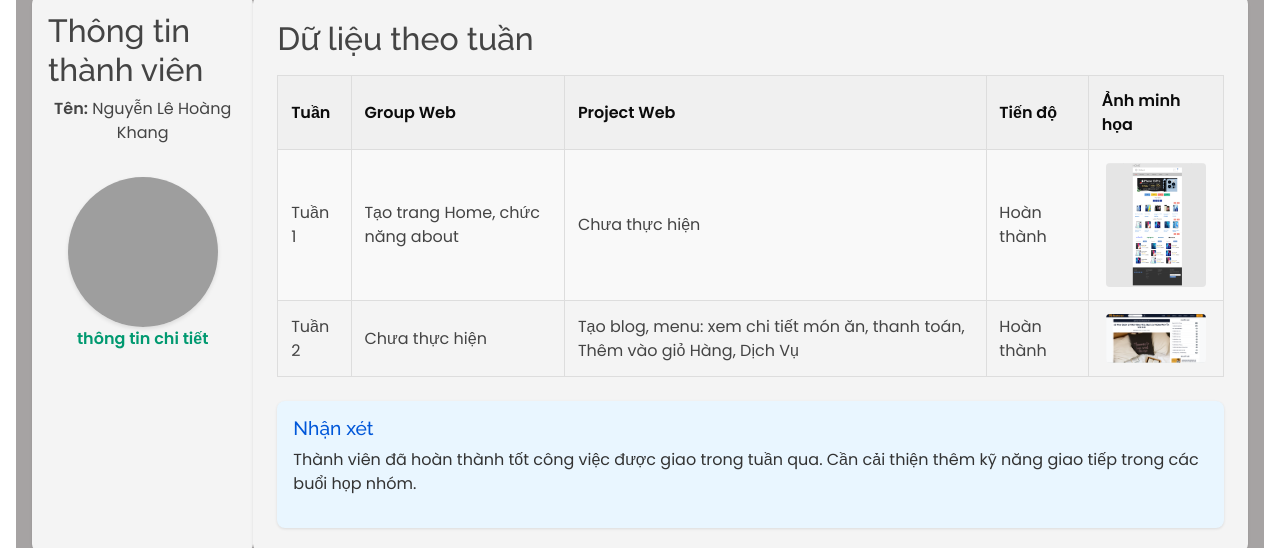
Repository: HoangKhangKhuPho4/Group_Web
Page: results.html
An editor plug-in stored every save of this project. The page is shown before and after the next save, followed by the edit.
The browser window is 1280 px wide. The pictures show the part of the page from y = 1113 to 1661 px (the page is 3095 px tall).
Pictures or frames that could not be fetched are drawn as grey boxes. A picture or video elsewhere on the page could not be fetched, so the positions and the page height are approximate.

Above is the page before, as saved 2025-01-18 19:53:18.

### results.html
<!DOCTYPE html>
<html lang="en">
<head>
    <meta charset="UTF-8">
    <meta name="viewport" content="width=device-width, initial-scale=1.0">
    <title>Thông tin thành viên</title>
    <!-- Favicons -->
    <link href="assets/img/favicon.png" rel="icon" />
    <link href="assets/img/apple-touch-icon.png" rel="apple-touch-icon" />

    <!-- Google Fonts -->
    <link
      href="https://fonts.googleapis.com/css?family=Open+Sans:300,300i,400,400i,600,600i,700,700i|Raleway:300,300i,400,400i,500,500i,600,600i,700,700i|Poppins:300,300i,400,400i,500,500i,600,600i"
      rel="stylesheet"
    />

    <!-- Vendor CSS Files -->
    <link href="assets/vendor/aos/aos.css" rel="stylesheet" />
    <link
      href="assets/vendor/bootstrap/css/bootstrap.min.css"
      rel="stylesheet"
    />
    <link
      href="assets/vendor/bootstrap-icons/bootstrap-icons.css"
      rel="stylesheet"
    />
    <link href="assets/vendor/boxicons/css/boxicons.min.css" rel="stylesheet" />
    <link
      href="assets/vendor/glightbox/css/glightbox.min.css"
      rel="stylesheet"
    />
    <link href="assets/vendor/remixicon/remixicon.css" rel="stylesheet" />
    <link href="assets/vendor/swiper/swiper-bundle.min.css" rel="stylesheet" />

    <!-- Bootstrap Icons -->
    <link
      href="https://cdn.jsdelivr.net/npm/bootstrap-icons@1.10.5/font/bootstrap-icons.css"
      rel="stylesheet"
    />

    <!-- Template Main CSS File -->
    <link href="assets/css/style.css" rel="stylesheet" />
    <link rel="stylesheet" href="css\result.css">
</head>
<body>
    <!-- ======= Header ======= -->
    <header id="header" class="fixed-top d-flex align-items-center">
        <div class="container-header">
            <div class="header-container d-flex align-items-center justify-content-between">
                <div class="logo">
                    <h1 class="text-light">
                        <a href="index.html"><span>Group 15</span></a>
                    </h1>
                </div>

                <nav id="navbar" class="navbar">
                    <ul>
                        <li>
                            <a class="nav-link scrollto " href="index.html">Home</a>
                        </li>
                        <li><a class="nav-link scrollto" href="about.html">About</a></li>
                        <li>
                            <a class="nav-link scrollto" href="groupDiary.html">Group Diary</a>
                        </li>
                        <li>
                            <a class="nav-link scrollto" href="technical.html">Technical</a>
                        </li>
                        <li>
                            <a class="nav-link scrollto" href="styleguide.html">Style Guide</a>
                        </li>
                        <li>
                            <a class="nav-link scrollto active" href="results.html">Results</a>
                        </li>
                        <li>
                            <a class="nav-link scrollto" href="project.html">Project</a>
                        </li>
                        <li>
                            <a class="nav-link scrollto" href="contact.html">Contact</a>
                        </li>
                    </ul>
                    <i class="bi bi-list mobile-nav-toggle"></i>
                </nav>
                <!-- .navbar -->
            </div>
            <!-- End Header Container -->
        </div>
    </header>

    <div class="container-content">
        <div class="main-content">
            <div class="member-info">
                <h2>Thông tin thành viên</h2>
                <div class="member-card">
                    <p><strong>Tên:</strong> Dương Quốc Toàn</p>
                    <img src="assets/img/team/team-1.jpg" alt="Ảnh thành viên" class="member-photo">
                    <p><strong><a href="https://www.facebook.com/share/KgZ8NYxNgyUj9bbq/">thông tin chi tiết</a></strong></p>
                </div>
            </div>
            <div class="weekly-data">
                <h2>Dữ liệu theo tuần</h2>
                <table>
                    <thead>
                        <tr>
                            <th>Tuần</th>
                            <th>Công việc đã làm</th>
                            <th>Tiến độ</th>
                            <th>Ảnh minh họa</th>
                        </tr>
                    </thead>
                    <tbody>
                        <tr>
                            <td>Tuần 1</td>
                            <td>Tạo chức năng Group Diary</td>
                            <td>Hoàn thành</td>
                            <td>
                                <img src="img\project\groupDiary.png" alt="Ảnh tuần 1" class="week-photo">
                            </td>
                        </tr>
                        <tr>
                            <td>Tuần 2</td>
                            <td>Tạo home:giới thiệu món ăn, đầu bếp,các chương trình khuyến mãi</td>
                            <td>Đang thực hiện</td>
                            <td>
                                <img src="assets\img\project\Home_Group11_Figma.jpg" alt="Ảnh tuần 2" class="week-photo">
                            </td>
                        </tr>
                    </tbody>
                </table>
                <div class="feedback">
                    <h3>Nhận xét</h3>
                    <p>Thành viên đã hoàn thành tốt công việc được giao trong tuần qua. Cần cải thiện thêm kỹ năng giao tiếp trong các buổi họp nhóm.</p>
                </div>
            </div>
        </div>
        <div class="main-content">
            <div class="member-info">
                <h2>Thông tin thành viên</h2>
                <div class="member-card">
                    <p><strong>Tên:</strong> Đặng Thị Mỹ Hạnh</p>
                    <img src="assets/img/team/team-2.jpg" alt="Ảnh thành viên" class="member-photo">
                    <p><strong><a href="https://www.facebook.com/profile.php?id=100024623842401">thông tin chi tiết</a></strong></p>
                </div>
            </div>
            <div class="weekly-data">
                <h2>Dữ liệu theo tuần</h2>
                <table>
                    <thead>
                        <tr>
                            <th>Tuần</th>
                            <th>Công việc đã làm</th>
                            <th>Tiến độ</th>
                            <th>Ảnh minh họa</th>
                        </tr>
                    </thead>
                    <tbody>
                        <tr>
                            <td>Tuần 1</td>
                            <td>Tạo chức năng Style Guide, Result</td>
                            <td>Hoàn thành</td>
                            <td>
                                <img src="img\project\styleGiay.png" alt="Ảnh tuần 1" class="week-photo">
                            </td>
                        </tr>
                        <tr>
                            <td>Tuần 2</td>
                            <td>Tạo chức năng contact, đặt hàng online</td>
                            <td>Đang thực hiện</td>
                            <td>
                                <img src="img\project\contactFigma.jpg" alt="Ảnh tuần 2" class="week-photo">
                            </td>
                        </tr>
                    </tbody>
                </table>
                <div class="feedback">
                    <h3>Nhận xét</h3>
                    <p>Thành viên đã hoàn thành tốt công việc được giao trong tuần qua. Cần cải thiện thêm kỹ năng giao tiếp trong các buổi họp nhóm.</p>
                </div>
            </div>
        </div>
   <!-- ...existing code... -->
<div class="main-content">
    <div class="member-info">
        <h2>Thông tin thành viên</h2>
        <div class="member-card">
            <p><strong>Tên:</strong> Nguyễn Lê Hoàng Khang</p>
            <img src="assets/img/team/team-3.png" alt="Ảnh thành viên" class="member-photo">
            <p><strong><a href="https://www.facebook.com/profile.php?id=100088292157574&locale=vi_VN">thông tin chi tiết</a></strong></p>
        </div>
    </div>
    <div class="weekly-data">
        <h2>Dữ liệu theo tuần</h2>
        <table>
            <thead>
                <tr>
                    <th>Tuần</th>
                    <th>Group Web</th>
                    <th>Project Web</th>
                    <th>Tiến độ</th>
                    <th>Ảnh minh họa</th>
                </tr>
            </thead>
            <tbody>
                <tr>
                    <td>Tuần 1</td>
                    <td>Tạo trang Home, chức năng about</td>
                    <td>Chưa thực hiện</td>
                    <td>Hoàn thành</td>
                    <td>
                        <img src="img\project\home.png" alt="Ảnh tuần 1" class="week-photo">
                    </td>
                </tr>
                <tr>
                    <td>Tuần 2</td>
                    <td>Chưa thực hiện</td>
                    <td>Tạo blog, menu: xem chi tiết món ăn, thanh toán, Thêm vào giỏ Hàng, Dịch Vụ</td>
                    <td>Hoàn thành</td>
                    <td>
                        <img src="img\project\bolg.png" alt="Ảnh tuần 2" class="week-photo">
                    </td>
                </tr>
            </tbody>
        </table>
        <div class="feedback">
            <h3>Nhận xét</h3>
            <p>Thành viên đã hoàn thành tốt công việc được giao trong tuần qua. Cần cải thiện thêm kỹ năng giao tiếp trong các buổi họp nhóm.</p>
        </div>
    </div>
</div>
<!-- ...existing code... -->
        <div class="main-content">
            <div class="member-info">
                <h2>Thông tin thành viên</h2>
                <div class="member-card">
                    <p><strong>Tên:</strong> Võ Hoàng Nam</p>
                    <img src="assets/img/team/team-4.jpg" alt="Ảnh thành viên" class="member-photo">
                    <p><strong><a href="https://www.facebook.com/profile.php?id=100053449847355&mibextid=kFxxJD">thông tin chi tiết</a></strong></p>
                </div>
            </div>
            <div class="weekly-data">
                <h2>Dữ liệu theo tuần</h2>
                <table>
                    <thead>
                        <tr>
                            <th>Tuần</th>
                            <th>Công việc đã làm</th>
                            <th>Tiến độ</th>
                            <th>Ảnh minh họa</th>
                        </tr>
                    </thead>
                    <tbody>
                        <tr>
                            <td>Tuần 1</td>
                            <td>Tạo chức năng Project</td>
                            <td>Hoàn thành</td>
                            <td>
                                <img src="img\project\project.png" alt="Ảnh tuần 1" class="week-photo">
                            </td>
                        </tr>
                        <tr>
                            <td>Tuần 2</td>
                            <td>Tạo chức năng book a table, search</td>
                            <td>Hoàn thành</td>
                            <td>
                                <img src="img\project\bookATable.png" alt="Ảnh tuần 2" class="week-photo">
                            </td>
                        </tr>
                    </tbody>
                </table>
                <div class="feedback">
                    <h3>Nhận xét</h3>
                    <p>Thành viên đã hoàn thành tốt công việc được giao trong tuần qua. Cần cải thiện thêm kỹ năng giao tiếp trong các buổi họp nhóm.</p>
                </div>
            </div>
        </div>
        <div class="main-content">
            <div class="member-info">
                <h2>Thông tin thành viên</h2>
                <div class="member-card">
                    <p><strong>Tên:</strong> Hà Huy Dũng</p>
                    <img src="assets/img/team/team-5.jpg" alt="Ảnh thành viên" class="member-photo">
                    <p><strong><a href="https://www.facebook.com/profile.php?id=100010432057735">thông tin chi tiết</a></strong></p>
                </div>
            </div>
            <div class="weekly-data">
                <h2>Dữ liệu theo tuần</h2>
                <table>
                    <thead>
                        <tr>
                            <th>Tuần</th>
                            <th>Công việc đã làm</th>
                            <th>Tiến độ</th>
                            <th>Ảnh minh họa</th>
                        </tr>
                    </thead>
                    <tbody>
                        <tr>
                            <td>Tuần 1</td>
                            <td>Tạo chức năng Technical, contact</td>
                            <td>Hoàn thành</td>
                            <td>
                                <img src="img\project\contact.png" alt="Ảnh tuần 1" class="week-photo">
                            </td>
                        </tr>
                        <tr>
                            <td>Tuần 2</td>
                            <td>Tạo chức năng login, thông tin khách hàng</td>
                            <td>Hoàn thành</td>
                            <td>
                                <img src="img\project\login1.jpg" alt="Ảnh tuần 2" class="week-photo">
                            </td>
                        </tr>
                    </tbody>
                </table>
                <div class="feedback">
                    <h3>Nhận xét</h3>
                    <p>Thành viên đã hoàn thành tốt công việc được giao trong tuần qua. Cần cải thiện thêm kỹ năng giao tiếp trong các buổi họp nhóm.</p>
                </div>
            </div>
        </div>
        <!-- End Contact Section -->
    <footer id="footer">
        <div class="footer-container">
            <div class="footer-column">
                <h4>About Us</h4>
                <p>
                    We are a team of passionate individuals dedicated to delivering the
                    best services to our clients. Our mission is to provide innovative
                    solutions and exceptional customer service.
                </p>
            </div>
            <div class="footer-column">
                <h4>Useful Links</h4>
                <ul>
                    <li><a href="index.html">Home</a></li>
                    <li><a href="about.html">About Us</a></li>
                    <li><a href="services.html">Services</a></li>
                    <li><a href="terms.html">Terms of Service</a></li>
                    <li><a href="privacy.html">Privacy Policy</a></li>
                </ul>
            </div>
            <div class="footer-column">
                <h4>Services</h4>
                <ul>
                    <li><a href="#">Web Design</a></li>
                    <li><a href="#">Web Development</a></li>
                    <li><a href="#">Marketing</a></li>
                    <li><a href="#">Graphic Design</a></li>
                    <li><a href="#">Technical Support</a></li>
                </ul>
            </div>
            <div class="footer-column">
                <h4>Contact Us</h4>
                <p>
                    123 ABC Street, XYZ District<br />
                    City, Country<br />
                    Phone: +84 123 456 789<br />
                    Email: info@example.com
                </p>
            </div>
        </div>
    </footer>
        <div class="footer-bottom">
            <div class="container d-md-flex py-4">
                <div class="me-md-auto text-center text-md-start">
                    <div class="copyright">
                        &copy; Copyright <strong><span>Group 15</span></strong>. All Rights Reserved
                    </div>
                    <div class="credits">Designed by <a href="#">Group 15</a></div>
                </div>
                <div class="social-links text-center text-md-right pt-3 pt-md-0">
                    <a href="#" class="twitter" title="Twitter"><i class="bx bxl-twitter"></i></a>
                    <a href="#" class="facebook" title="Facebook"><i class="bx bxl-facebook"></i></a>
                    <a href="#" class="instagram" title="Instagram"><i class="bx bxl-instagram"></i></a>
                    <a href="#" class="google-plus" title="Skype"><i class="bx bxl-skype"></i></a>
                    <a href="#" class="linkedin" title="LinkedIn"><i class="bx bxl-linkedin"></i></a>
                </div>
            </div>
        </div>


</div>
</body>

</html>

### css/result.css
/* styles.css */
body {
    font-family: Arial, sans-serif;
    margin: 0;
    padding: 0;
    background-color: #f9f9f9;
    font-family: 'Poppins', sans-serif;
    background-color: #f8f9fa;
}
header#header {
    height: 80px; /* Chiều cao header */
    position: fixed;
    top: 0;
    left: 0;
    width: 100%;
    z-index: 1000;
    background-color: #fff; /* Đặt màu nền để header không bị trong suốt */
    box-shadow: 0 2px 4px rgba(0, 0, 0, 0.1); /* Tùy chọn: thêm bóng cho header */
}
.container-header {
    max-width: 1200px;
    margin: 0 auto;
    padding: 1rem; margin;
    background: white;
    border-radius: 8px;
    top: 0;
    left: 0;
    width: 100%;
    height: 80px; /* hoặc chiều cao tùy ý */
    position: fixed; /* Đảm bảo header cố định */
    z-index: 1000; /* Giữ header luôn trên cùng */
}
.container-content {
    margin: 0 auto;
    padding: 1rem;
    background: white;
    margin-top: 50px;
    border-radius: 8px;
}

.main-content {
    display: flex;
    background-color: #a6a3a3;
    padding-top: 0;
    padding: 1rem;

}
.member-info {
    flex: 0.5;
    background: #f4f4f4;
    padding: 1rem;
    box-shadow: 0 1px 3px rgba(0, 0, 0, 0.1);
    border-radius: 8px;
}
.member-card {
    text-align: center;
}
.member-photo {
    width: 150px;
    height: 150px;
    border-radius: 50%;
    margin-top: 1rem;
    box-shadow: 0 2px 4px rgba(0, 0, 0, 0.1);
}
.weekly-data {
    flex: 2.5;
    background: #f4f4f4;
    padding: 1.5rem;
    border-radius: 8px;
    box-shadow: 0 1px 3px rgba(0, 0, 0, 0.1);
}
table {
    text-align: center;
    width: 100%;
    border-collapse: collapse;
    margin-top: 1rem;
}
thead {
    background-color: #0057D9;
    color: rgb(11, 11, 11);
}
th, td {
    padding: 0.75rem;
    text-align: left;
    border: 1px solid #ddd;
}
.week-photo {
    width: 100px;
    height: auto;
    border-radius: 4px;
    display: block;
    margin: 0 auto;
}
tbody tr:nth-child(odd) {
    background-color: #f9f9f9;
}
tbody tr:nth-child(even) {
    background-color: #f4f4f4;
}
.weekly-data th, .weekly-data td {
    padding: 0.8rem;
    border: 1px solid #ddd;
    text-align: left;
}
.weekly-data th {
    background-color: #f0f0f0;
    font-weight: bold;
}
.feedback {
    margin-top: 1.5rem;
    padding: 1rem;
    background: #e9f6ff;
    border-radius: 8px;
    box-shadow: 0 1px 3px rgba(0, 0, 0, 0.1);
}
.feedback h3 {
    font-size: 1.2rem;
    margin-bottom: 0.5rem;
    color: #0057D9;
}
.feedback p {
    font-size: 1rem;
    line-height: 1.5;
    color: #333;
}
.footer {
    text-align: center;
    padding: 1rem;
    margin-top: 2rem;
    background: #0057D9;
    color: white;
    border-radius: 0 0 8px 8px;
}

Loaded but not shown: assets/vendor/aos/aos.css (library); assets/vendor/bootstrap/css/bootstrap.min.css (library); assets/vendor/bootstrap-icons/bootstrap-icons.css (library); assets/vendor/boxicons/css/boxicons.min.css (library); assets/vendor/glightbox/css/glightbox.min.css (library); assets/vendor/remixicon/remixicon.css (library); assets/vendor/swiper/swiper-bundle.min.css (library); assets/css/style.css (862 lines, source omitted)

After the next save:
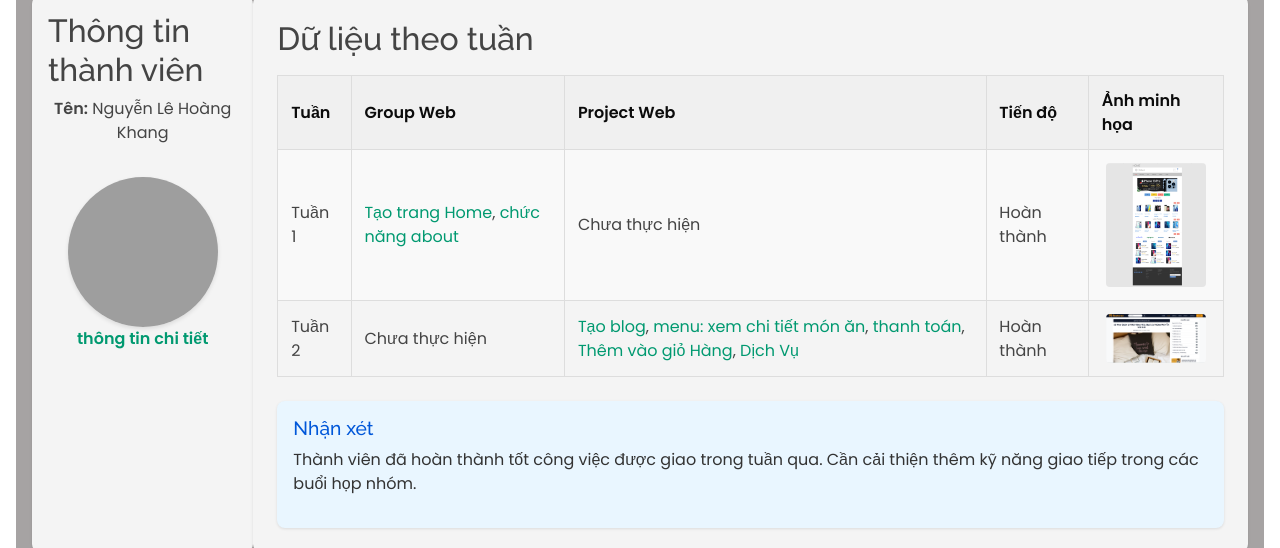
Saved 3 min 12 s later.
--- a/results.html
+++ b/results.html
@@ -177,7 +177,7 @@
                 </div>
             </div>
         </div>
-   <!-- ...existing code... -->
+<!-- ...existing code... -->
 <div class="main-content">
     <div class="member-info">
         <h2>Thông tin thành viên</h2>
@@ -202,20 +202,29 @@
             <tbody>
                 <tr>
                     <td>Tuần 1</td>
-                    <td>Tạo trang Home, chức năng about</td>
+                    <td>
+                        <a href="home.html">Tạo trang Home</a>,
+                        <a href="about.html">chức năng about</a>
+                    </td>
                     <td>Chưa thực hiện</td>
                     <td>Hoàn thành</td>
                     <td>
-                        <img src="img\project\home.png" alt="Ảnh tuần 1" class="week-photo">
+                        <img src="img/project/home.png" alt="Ảnh tuần 1" class="week-photo">
                     </td>
                 </tr>
                 <tr>
                     <td>Tuần 2</td>
                     <td>Chưa thực hiện</td>
-                    <td>Tạo blog, menu: xem chi tiết món ăn, thanh toán, Thêm vào giỏ Hàng, Dịch Vụ</td>
+                    <td>
+                        <a href="blog.html">Tạo blog</a>,
+                        <a href="menu.html">menu: xem chi tiết món ăn</a>,
+                        <a href="payment.html">thanh toán</a>,
+                        <a href="cart.html">Thêm vào giỏ Hàng</a>,
+                        <a href="service.html">Dịch Vụ</a>
+                    </td>
                     <td>Hoàn thành</td>
                     <td>
-                        <img src="img\project\bolg.png" alt="Ảnh tuần 2" class="week-photo">
+                        <img src="img/project/bolg.png" alt="Ảnh tuần 2" class="week-photo">
                     </td>
                 </tr>
             </tbody>
